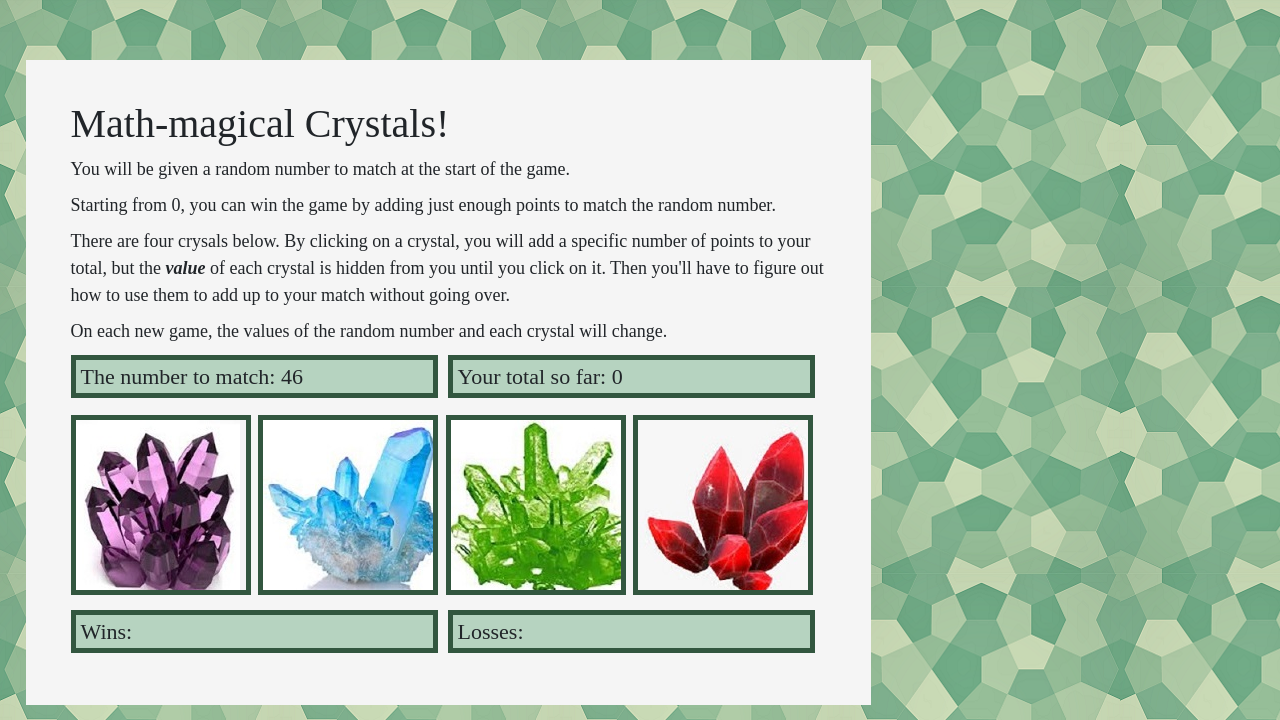
Repository: dsaftler/unit-4-game
Page: index.html
An editor plug-in stored every save of this project. The page is shown before and after the next save, followed by the edit.
The browser window is 1280 px wide. The pictures show the whole page.
Some web fonts or font styles are not loaded; a fallback is used.

Above is the page before, as saved 2019-04-06 22:49:16.

After the next save:
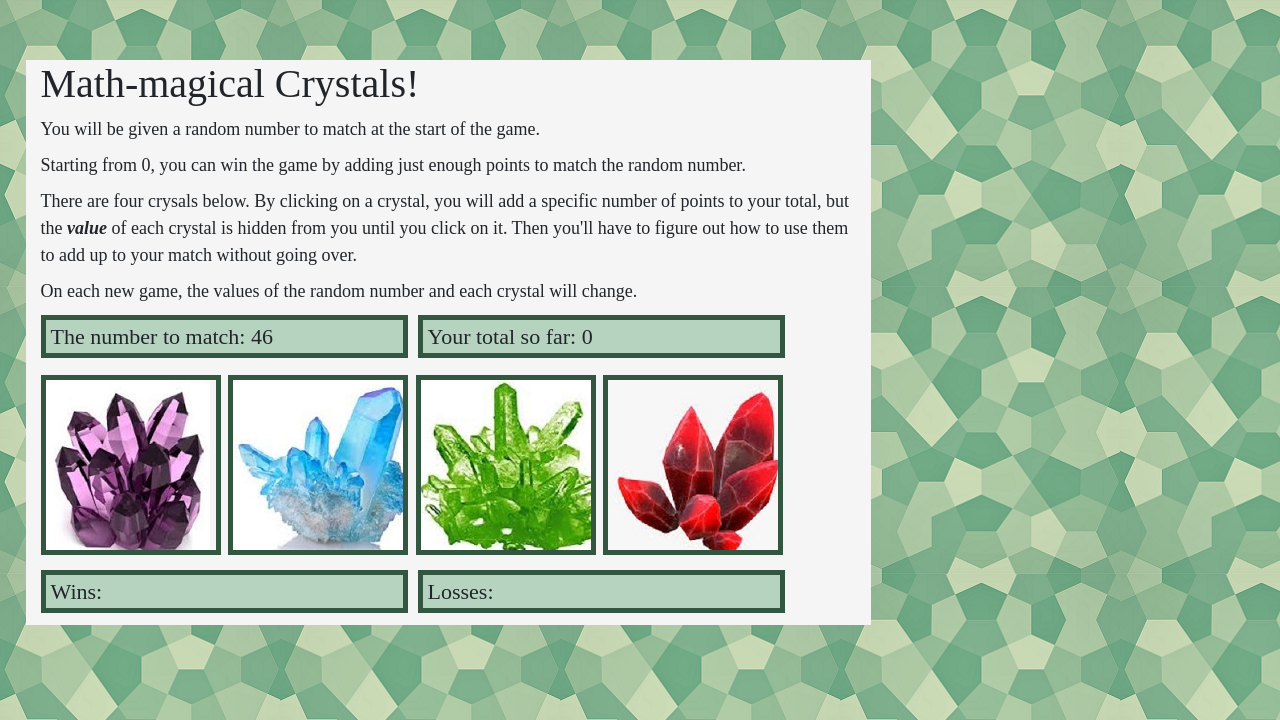
Saved 10 min 49 s later.
--- a/assets/css/style.css
+++ b/assets/css/style.css
@@ -17,9 +17,9 @@ p {
 }
 .container{
   background-color: whitesmoke;
-  width: 845px;
-  padding: 40px;
-  padding-left: 45px;
+  max-width: 845px;
+  /* padding: 40px;
+  padding-left: 45px; */
   margin: auto;
   margin-top: 60px;
   align-content: center;
